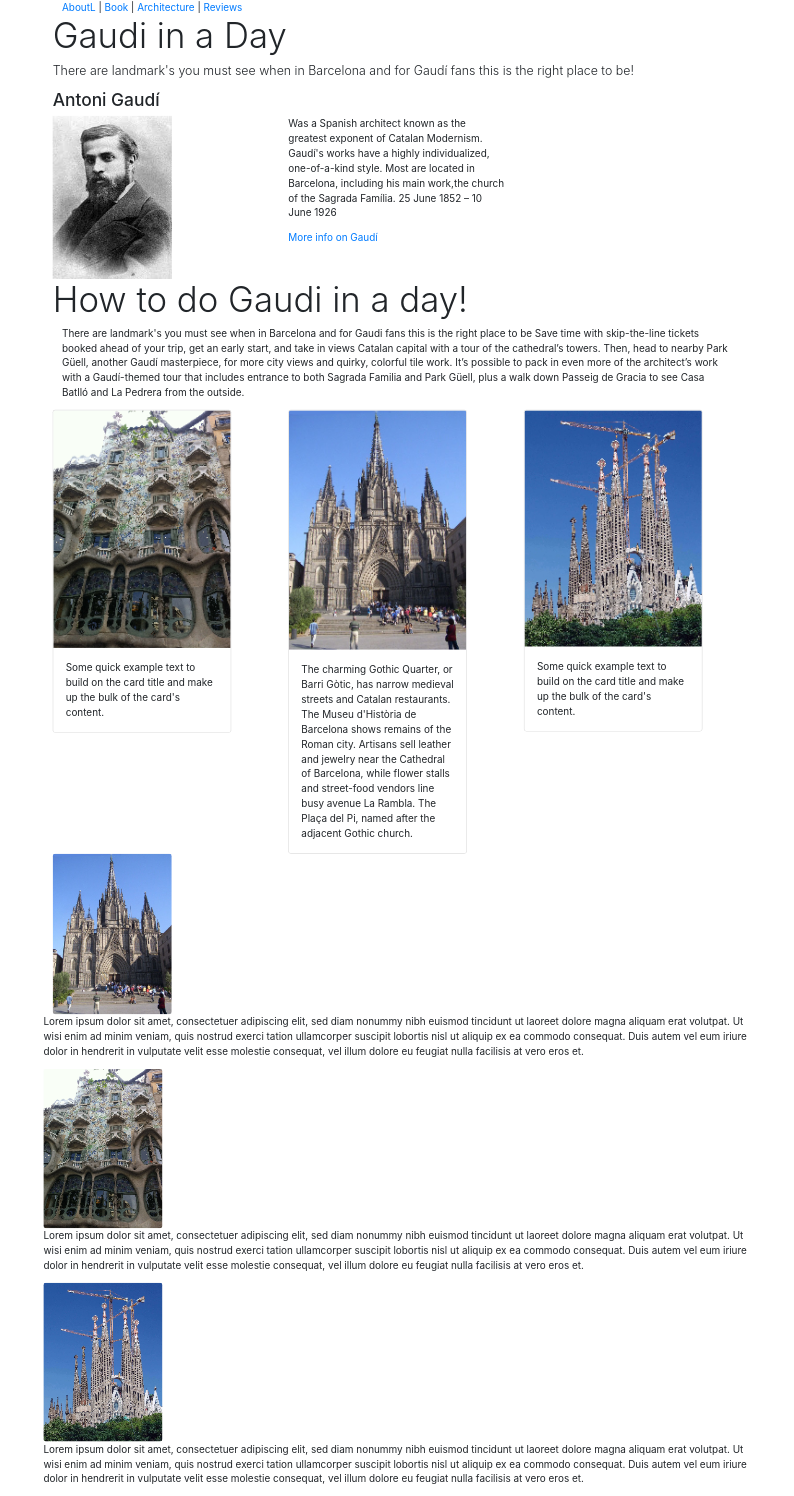
Repository: Taitdanielle/Milestone1
Page: index.html
The author's editor kept a record of every edit. The page is drawn from the files as they stood at one moment, then again after the next edit.
The browser window is 1280 px wide. The pictures show the whole page, at 62% of full size.

Above is the page before.

After the next edit:
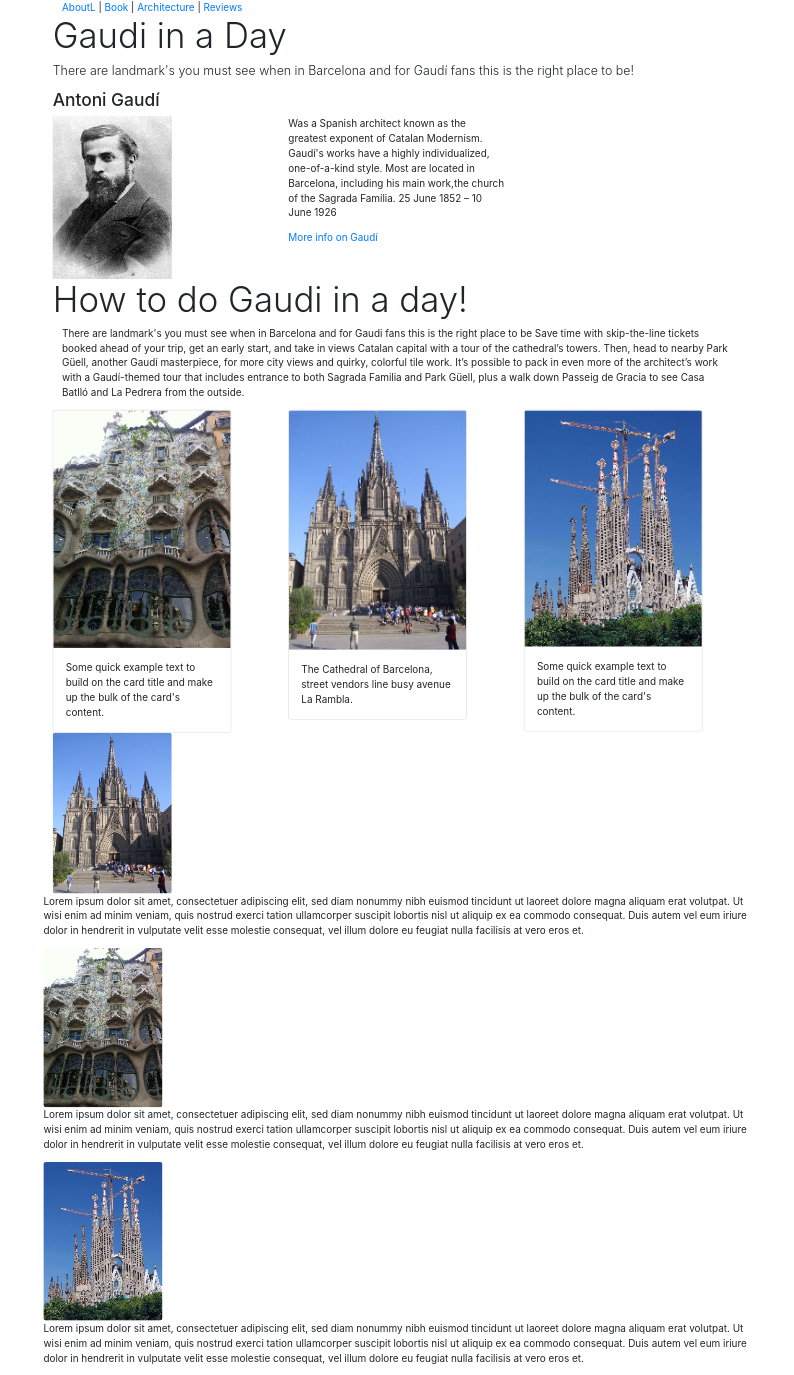
The edit:
--- a/index.html
+++ b/index.html
@@ -68,8 +68,7 @@
                     <div class="card" style="width: 18rem;">
                         <img src="images/Sta-eulalia.jpg" class="card-img-top" alt=" Barri Gotic Building">
                         <div class="card-body">
-                            <p class="card-text">The charming Gothic Quarter, or Barri Gòtic, has narrow medieval streets and Catalan restaurants. The Museu d'Història de Barcelona shows remains of the Roman city. Artisans sell leather and jewelry near the Cathedral of Barcelona,
-                                while flower stalls and street-food vendors line busy avenue La Rambla. The Plaça del Pi, named after the adjacent Gothic church.</p>
+                            <p class="card-text">The Cathedral of Barcelona, street vendors line busy avenue La Rambla.</p>
                         </div>
                     </div>
                 </div>
